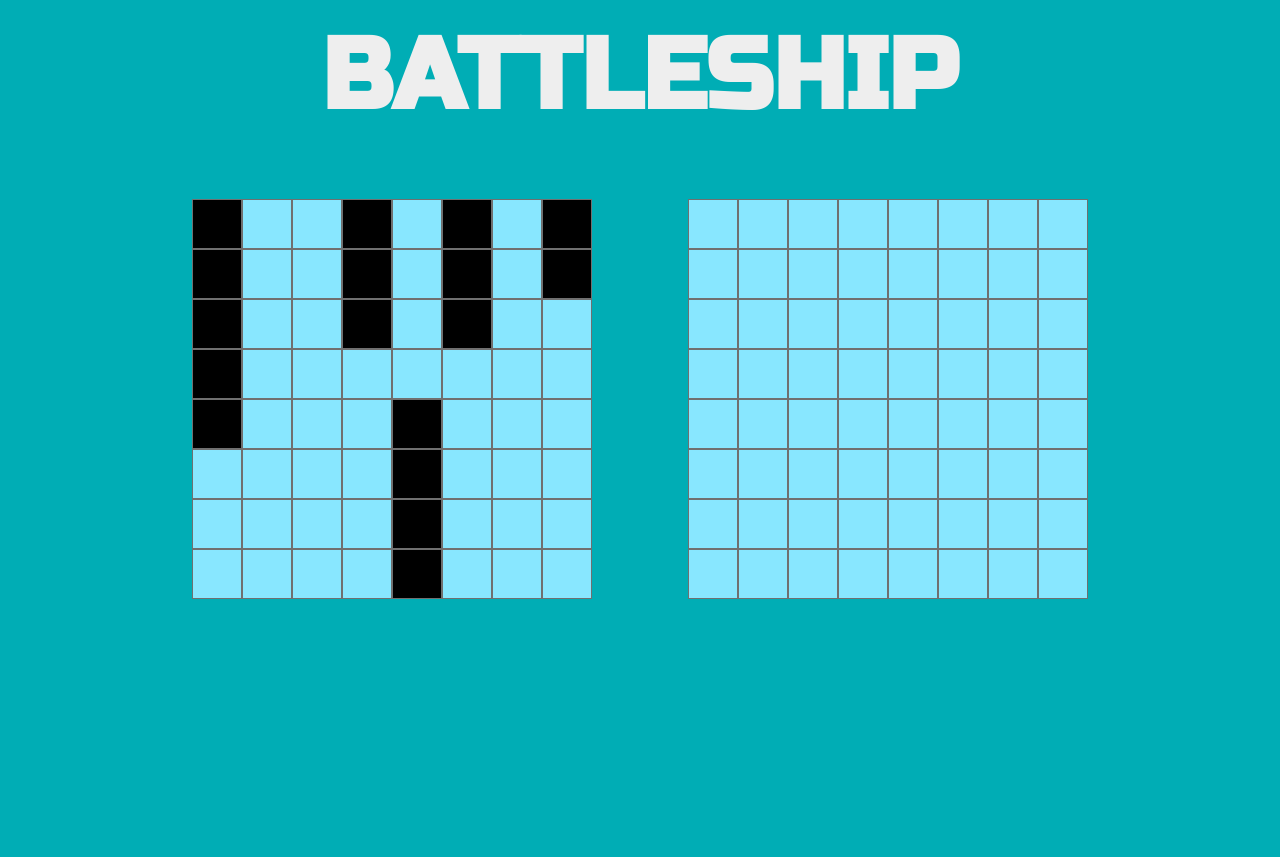
Repository: AzharMoosa/battleship
Page: /
An editor plug-in stored every save of this project. The page is shown before and after the next save, followed by the edit.
The browser window is 1280 px wide. The pictures show the whole page.
The project was rebuilt for these pictures with package versions that can differ from the ones it lists, and the page was loaded fresh each time.

Above is the page before, as saved 2020-07-09 10:00:22.

### src/App.js
import React from "react";
import Header from "./components/Header";
import Board from "./components/Board";
import { PlayersProvider } from "./context/PlayersContext";
import "./App.css";
import PlaceShip from "./components/PlaceShip";

function App() {
  return (
    <PlayersProvider>
      <div>
        <Header />
        <Board />
        <PlaceShip />
      </div>
    </PlayersProvider>
  );
}

export default App;

### src/components/Header.js
import React from "react";

const Header = () => {
  return (
    <div className='header'>
      <h1>Battleship</h1>
    </div>
  );
};

export default Header;

### src/components/Board.js
import React, { useState } from "react";
import Square from "./Square";
import PlainSquare from "./PlainSquare";
import Player from "../functions/Player";
import Gameboard from "../functions/Gameboard";
import Overlay from "./Overlay";
import HitMiss from "./HitMiss";
import { v4 as uuidv4 } from "uuid";

const Board = () => {
  // eslint-disable-next-line
  const [player, setPlayer] = useState(Player(false));
  // eslint-disable-next-line
  const [computer, setComputer] = useState(Player(true));
  const [playerBoard, setPlayerBoard] = useState(Gameboard());
  const [computerBoard, setComputerBoard] = useState(Gameboard());
  const [playerTurn, setPlayerTurn] = useState(true);

  const getOutcome = (hit) => {
    let outcome = document.querySelector(".hit-miss-outcome");
    if (hit === true) {
      outcome.innerHTML = "Hit!";
    } else {
      outcome.innerHTML = "Miss!";
    }
  };

  const startGame = () => {
    playerBoard.placeShip(0, 0, player.ships[0], 1);
    playerBoard.placeShip(4, 4, player.ships[1], 1);
    playerBoard.placeShip(3, 0, player.ships[2], 1);
    playerBoard.placeShip(5, 0, player.ships[3], 1);
    playerBoard.placeShip(7, 0, player.ships[4], 1);

    computerBoard.placeShip(0, 0, computer.ships[0], 0);
    computerBoard.placeShip(4, 2, computer.ships[1], 0);
    computerBoard.placeShip(0, 3, computer.ships[2], 0);
    computerBoard.placeShip(3, 5, computer.ships[3], 0);
    computerBoard.placeShip(0, 7, computer.ships[4], 0);
  };

  const getBoardElm = (elm) => {
    if (elm !== "") {
      return "square ship";
    } else {
      return "square";
    }
  };

  const displayModal = (name) => {
    let modal = document.querySelector(".modal");
    let title = document.querySelector(".winner-name");
    let overlay = document.querySelector(".overlay");
    modal.style.display = "block";
    overlay.style.display = "none";
    if (name === "Computer") {
      title.innerHTML = "Computer Wins";
    } else if (name === "Player") {
      title.innerHTML = "Player Wins";
    }
  };

  const resetGame = () => {
    setPlayer(Player(false));
    setComputer(Player(true));
    setPlayerBoard(Gameboard());
    setComputerBoard(Gameboard());
    setPlayerTurn(true);
    let modal = document.querySelector(".modal");
    let overlay = document.querySelector(".overlay");
    let outcome = document.querySelector(".hit-miss-outcome");
    modal.style.display = "none";
    overlay.style.display = "grid";
    outcome.innerHTML = "";
  };

  const gameOver = () => {
    if (playerBoard.allShipSunk(player.ships)) {
      displayModal("Computer");
    } else if (computerBoard.allShipSunk(computer.ships)) {
      displayModal("Player");
    }
  };

  const attackComputer = (e) => {
    if (playerTurn === true) {
      let updatedBoard = computerBoard;
      // Get Coord
      let coords = e.target.id.split(",");
      let x = coords[1];
      let y = coords[0];
      player.attackEnemy(updatedBoard, parseInt(x), parseInt(y));
      if (computerBoard.grid[x][y] === "") {
        e.target.classList.add("ship-miss");
        getOutcome(false);
      } else {
        e.target.classList.add("ship-hit");
        getOutcome(true);
      }
      setComputerBoard(updatedBoard);
      setPlayerTurn(false);
    }
    computerTurn();
  };

  const computerTurn = () => {
    if (playerTurn === true) {
      let updatedBoard = playerBoard;
      let randomCoords = computer.getRandomCoords();
      let square = document.getElementById(randomCoords);
      let coords = randomCoords.split(",");
      let x = coords[1];
      let y = coords[0];
      computer.computerAttack(updatedBoard, x, y);
      if (playerBoard.grid[x][y] === "") {
        square.classList.add("ship-miss");
      } else {
        square.classList.add("ship-hit");
      }
      gameOver();
      setPlayerBoard(updatedBoard);
      setPlayerTurn(true);
    }
  };

  return (
    <div className='container'>
      <HitMiss />
      <div className='game-boards'>
        {startGame()}
        <div className='game-board'>
          {playerBoard.grid.map((col, j) =>
            col.map((elm, i) => (
              <Square
                key={uuidv4()}
                elm={elm}
                getBoardElm={getBoardElm}
                id={`${i},${j}`}
              />
            ))
          )}
        </div>

        <div className='comp'>
          <div className='game-board comp-board'>
            {computerBoard.grid.map((col, j) =>
              col.map((elm, i) => (
                <Square
                  key={uuidv4()}
                  elm={elm}
                  getBoardElm={getBoardElm}
                  attackComputer={attackComputer}
                  id={`${i},${j}`}
                />
              ))
            )}
          </div>
          <div className='overlay game-board'>
            {computerBoard.grid.map((col, j) =>
              col.map((elm, i) => <PlainSquare key={uuidv4()} />)
            )}
          </div>
        </div>
      </div>
      <Overlay resetGame={resetGame} />
    </div>
  );
};

export default Board;

### src/context/PlayersContext.js
import React, { useState, createContext } from "react";
import Player from "../functions/Player";
import Gameboard from "../functions/Gameboard";

export const PlayersContext = createContext();

export const PlayersProvider = (props) => {
  const [players, usePlayers] = useState([
    // Player
    {
      player: Player(false),
      board: Gameboard(),
    },
    // Computer
    {
      player: Player(true),
      board: Gameboard(),
    },
  ]);

  return (
    <PlayersContext.Provider value={[players, usePlayers]}>
      {props.children}
    </PlayersContext.Provider>
  );
};

### src/App.css
@import url("https://fonts.googleapis.com/css2?family=Russo+One&display=swap");

:root {
  --bg-primary: #00adb5;
  --bg-light: #eeeeee;
  --bg-dark: #222831;
}

* {
  margin: 0;
  padding: 0;
  box-sizing: border-box;
}

body {
  font-family: "Russo One", sans-serif;
  background-color: var(--bg-primary);
}

.header {
  text-align: center;
}

.header h1 {
  color: var(--bg-light);
  font-size: 100px;
  text-transform: uppercase;
  margin-top: 1rem;
}

.game-boards {
  display: flex;
  align-items: center;
  justify-content: space-between;
  width: 70%;
  height: 55vh;
  margin: 3rem auto;
}

.game-board {
  display: grid;
  grid-template-columns: repeat(8, 1fr);
  width: 400px;
  height: 400px;
}

.square {
  border: 1px solid #707070;
  background-color: rgb(136, 231, 255);
  width: 50px;
  height: 50px;
  pointer-events: auto !important;
  cursor: pointer;
}

.plain-square {
  border: 1px solid #707070;
  background-color: rgb(136, 231, 255);
  width: 50px;
  height: 50px;
  pointer-events: none !important;
  cursor: pointer;
}

.ship {
  background-color: #000;
}

.ship-hit {
  background-color: rgb(255, 77, 77) !important;
  pointer-events: none !important;
}

.ship-miss {
  background-color: #fff !important;
  pointer-events: none !important;
}

.comp {
  display: grid;
}

.comp-board,
.overlay {
  grid-area: 1 / 1;
}

.container {
  display: flex;
  flex-direction: column;
  height: 100vh;
}

.overlay {
  pointer-events: none;
}

.modal {
  display: none;
  position: fixed;
  z-index: 1;
  left: 0;
  top: 0;
  width: 100%;
  height: 100%;
  background-color: rgb(0, 0, 0);
  background-color: rgba(0, 0, 0, 0.4);
}

.modal-content-results {
  background-color: #f5f5f5;
  margin: 30vh auto;
  padding: 20px;
  border: 1px solid #888;
  width: 400px;
  height: 200px;
  display: flex;
  flex-direction: column;
  align-items: center;
  justify-content: center;
}

.winner-name {
  text-align: center;
  margin-bottom: 2rem;
  font-size: 40px;
}

.btn-primary {
  background-color: var(--bg-dark);
  color: #fff;
  width: 150px;
  height: 50px;
  font-size: 20px;
  border: none;
  outline: none;
  font-family: "Russo One", sans-serif;
  border-radius: 20px;
  cursor: pointer;
}

.hit-miss {
  display: flex;
  align-items: center;
  justify-content: center;
  margin-top: 1rem;
}

.hit-miss-outcome {
  color: #fff;
  font-size: 50px;
}

@media (min-width: 1700px) {
  .game-boards {
    height: 70vh;
    width: 80%;
  }

  .game-board {
    width: 650px;
    height: 650px;
  }

  .square,
  .plain-square {
    width: 81.25px;
    height: 81.25px;
  }
}

@media (max-width: 1200px) {
  .game-boards {
    height: 70vh;
    width: 80%;
    display: flex;
    flex-direction: column;
  }

  .game-board {
    width: 500px;
    height: 500px;
  }

  .comp {
    margin-top: 3rem;
  }

  .square,
  .plain-square {
    width: 62.5px;
    height: 62.5px;
  }
}

@media (max-width: 768px) {
  .header h1 {
    font-size: 60px;
  }

  .game-boards {
    width: 80%;
    display: flex;
    flex-direction: column;
  }

  .game-board {
    width: 400px;
    height: 400px;
  }

  .comp {
    margin-top: 3rem;
  }

  .square,
  .plain-square {
    width: 50px;
    height: 50px;
  }
}

@media (max-width: 414px) {
  .header h1 {
    font-size: 40px;
  }

  .game-boards {
    width: 70%;
    display: flex;
    flex-direction: column;
  }

  .game-board {
    width: 300px;
    height: 300px;
  }

  .comp {
    margin-top: 3rem;
  }

  .square,
  .plain-square {
    width: 37.5px;
    height: 37.5px;
  }

  .modal-content-results {
    width: 300px;
  }

  .winner-name {
    font-size: 35px;
  }

  .btn-primary {
    background-color: var(--bg-dark);
    color: #fff;
    width: 150px;
    height: 50px;
    font-size: 20px;
    border: none;
    outline: none;
    font-family: "Russo One", sans-serif;
    border-radius: 20px;
    cursor: pointer;
  }
}

@media (max-width: 375px) {
  .header h1 {
    font-size: 35px;
  }

  .game-boards {
    width: 70%;
    display: flex;
    flex-direction: column;
  }

  .game-board {
    width: 280px;
    height: 280px;
  }

  .comp {
    margin-top: 3rem;
  }

  .square,
  .plain-square {
    width: 35px;
    height: 35px;
  }
}

@media (max-width: 320px) {
  .modal-content-results {
    width: 250px;
  }

  .winner-name {
    font-size: 30px;
  }
}

### src/components/PlaceShip.js
import React from "react";

const PlaceShip = () => {
  return (
    <div className='start'>
      <div className='start-content'></div>
    </div>
  );
};

export default PlaceShip;

### src/components/Square.js
import React from "react";

const Square = ({ elm, attackComputer, getBoardElm, id }) => {
  return (
    <div className={getBoardElm(elm)} id={id} onClick={attackComputer}></div>
  );
};

export default Square;

### src/components/PlainSquare.js
import React from "react";

const PlainSquare = () => {
  return <div className='plain-square'></div>;
};

export default PlainSquare;

### src/functions/Player.js
import Ship from "./Ship";

const Player = (ai) => {
  let previousShots = [];

  // Create Ships
  let carrier = Ship("Carrier", 5);
  let battleship = Ship("Battleship", 4);
  let cruiser = Ship("Cruiser", 3);
  let submarine = Ship("Submarine", 3);
  let destroyer = Ship("Destroyer", 2);
  let ships = [carrier, battleship, cruiser, submarine, destroyer];

  const attackEnemy = (enemyBoard, x, y) => {
    if (!previousShots.includes([x, y])) {
      enemyBoard.receiveAttack(x, y);
      previousShots.push([parseInt(x), parseInt(y)]);
      return true;
    }
    return false;
  };

  const checkCoord = (x, y) => {
    previousShots.forEach((coords) => {
      if (
        parseInt(coords[1]) === parseInt(x) &&
        parseInt(coords[0]) === parseInt(y)
      ) {
        return true;
      }
    });
    return false;
  };

  const getRandomCoords = (gameboard) => {
    let maximum = 7;
    let minimum = 0;
    let x = 0;
    let y = 0;

    do {
      x = Math.floor(Math.random() * (maximum - minimum + 1)) + minimum;
      y = Math.floor(Math.random() * (maximum - minimum + 1)) + minimum;
    } while (checkCoord(x, y));
    return `${x},${y}`;
  };

  const computerAttack = (enemyBoard, x, y) => {
    enemyBoard.receiveAttack(x, y);
    previousShots.push([x, y]);
  };

  return { previousShots, ships, attackEnemy, computerAttack, getRandomCoords };
};

export default Player;

### src/functions/Gameboard.js
const Gameboard = () => {
  let previousShots = [];
  const grid = new Array(8).fill("");
  for (let i = 0; i < grid.length; i++) {
    grid[i] = new Array(8).fill("");
  }

  const getGrid = () => {
    return grid;
  };

  const getPreviousShots = () => {
    return previousShots;
  };

  const placeShip = (x, y, ship, orientation) => {
    // Horizontal Orientation = 0
    // Vertical Orientation = 1

    // Check If Ship Fits
    let shipLength = ship.length;

    if (orientation === 0) {
      for (let i = x; i < x + ship.length; i++) {
        if (grid[y][i] !== "" || x + shipLength > 8) {
          return false;
        }
        grid[y][i] = ship;
        ship.setShipCoords(y, i);
      }
    } else if (orientation === 1) {
      for (let i = y; i < y + ship.length; i++) {
        if (grid[i][x] !== "" || y + shipLength > 8) {
          return false;
        }
        grid[i][x] = ship;
        ship.setShipCoords(i, x);
      }
    }
    return true;
  };

  const flatten = (arr) => {
    return arr.join(" |-| ");
  };

  const receiveAttack = (x, y) => {
    // Check if ship is at position
    if (grid[x][y] !== "") {
      let ship = grid[x][y];
      let shipCoords = ship.getShipCoords();
      let arrSearch = shipCoords.map((row) => {
        return flatten(row);
      });
      let pos = arrSearch.indexOf(flatten([x, y]));
      if (!ship.isHit(pos)) {
        ship.hit(pos);
        return true;
      }
    }
    previousShots.push([x, y]);
    return false;
  };

  const allShipSunk = (ships) => {
    for (let i = 0; i < ships.length; i++) {
      if (!ships[i].isSunk()) {
        return false;
      }
    }

    return true;
  };

  return {
    grid,
    previousShots,
    getGrid,
    placeShip,
    receiveAttack,
    getPreviousShots,
    allShipSunk,
  };
};

export default Gameboard;

### src/components/Overlay.js
import React from "react";

const Overlay = ({ resetGame }) => {
  return (
    <div className='modal'>
      <div className='modal-content-results'>
        <h1 className='winner-name'>Player Wins</h1>
        <button className='btn-primary' onClick={resetGame}>
          Restart
        </button>
      </div>
    </div>
  );
};

export default Overlay;

### src/components/HitMiss.js
import React from "react";

const HitMiss = () => {
  return (
    <div className='hit-miss'>
      <h1 className='hit-miss-outcome'>{}</h1>
    </div>
  );
};

export default HitMiss;

### src/functions/Ship.js
const Ship = (name, length) => {
  // Fills ship with false
  const ship = new Array(length).fill(false);
  let shipCoords = [];

  // Hit
  const hit = (pos) => (ship[pos] = true);

  // If Ship Sunk
  const isSunk = () => {
    return ship.every((v) => v === true);
  };

  const isHit = (pos) => {
    return ship[pos] === true ? true : false;
  };

  // Returns ship
  const getShip = () => {
    return ship;
  };

  const setShipCoords = (x, y) => {
    shipCoords.push([x, y]);
  };

  const getShipCoords = () => {
    return shipCoords;
  };

  return {
    name,
    ship,
    length,
    hit,
    isSunk,
    isHit,
    getShip,
    setShipCoords,
    getShipCoords,
  };
};

export default Ship;

Loaded but not shown: public/index.html (common file); src/index.js (common file)

After the next save:
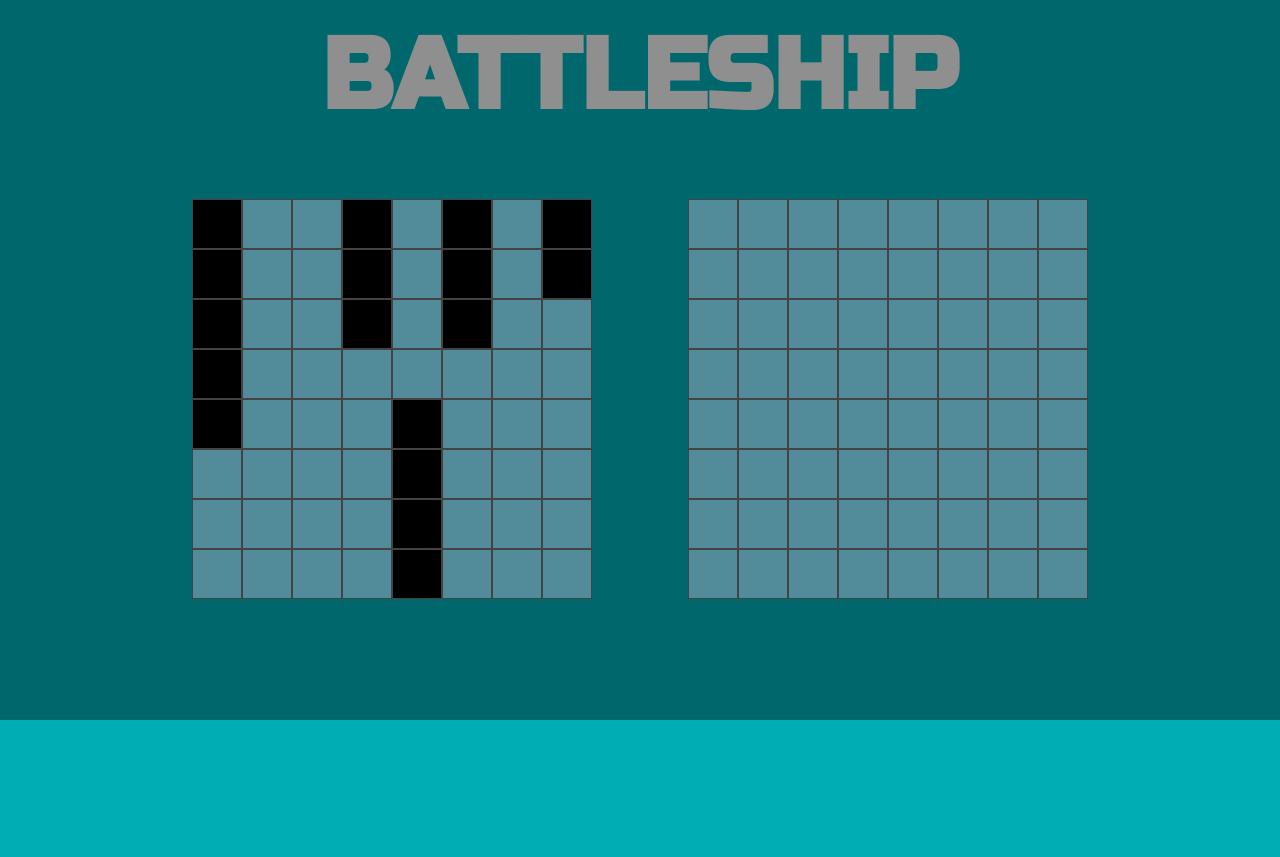
Saved 35 s later.
--- a/src/App.css
+++ b/src/App.css
@@ -93,6 +93,18 @@ body {
 
 .overlay {
   pointer-events: none;
+}
+
+.start {
+  /* display: none; */
+  position: fixed;
+  z-index: 1;
+  left: 0;
+  top: 0;
+  width: 100%;
+  height: 100%;
+  background-color: rgb(0, 0, 0);
+  background-color: rgba(0, 0, 0, 0.4);
 }
 
 .modal {
